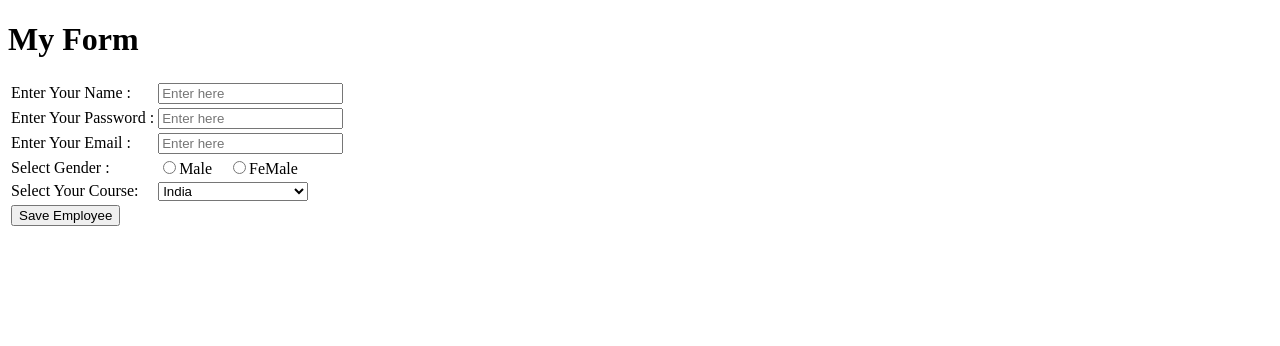
Repository: Kamleshmaury/CoreJava
Page: RegistrationForm/src/main/webapp/index.html
The author's editor kept a copy of each file at every save. The page is drawn from the files as they stood at one save, then again after the next save.
The browser window is 1280 px wide. The pictures show the whole page.

Above is the page before, as saved 2022-10-18 08:05:39.

After the next save:
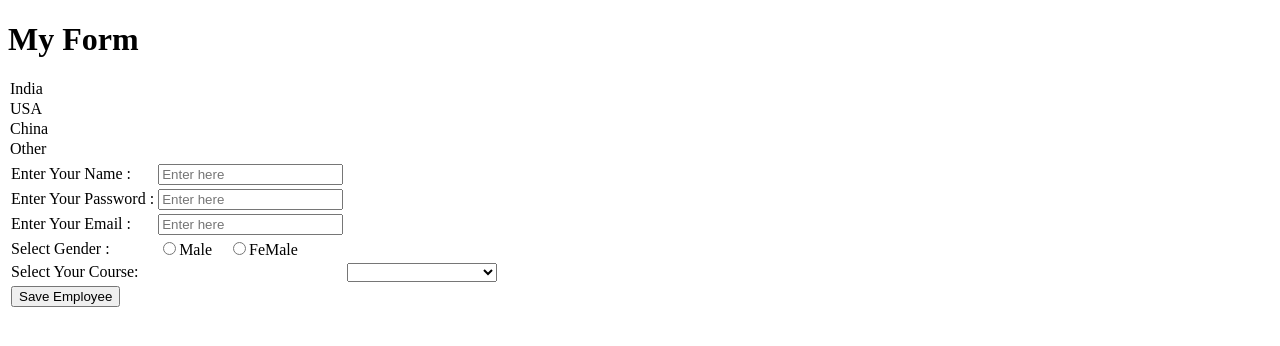
Saved 40 s later.
--- a/RegistrationForm/src/main/webapp/index.html
+++ b/RegistrationForm/src/main/webapp/index.html
@@ -27,7 +27,7 @@
 				</tr>
 
 				<tr><td>Select Your Course:</td><td>
-				<select name="course" style="width:150px">
+				<td><select name="course" style="width:150px"></td>
 				<option>India</option>
 				<option>USA</option>
 				<option>China</option>
